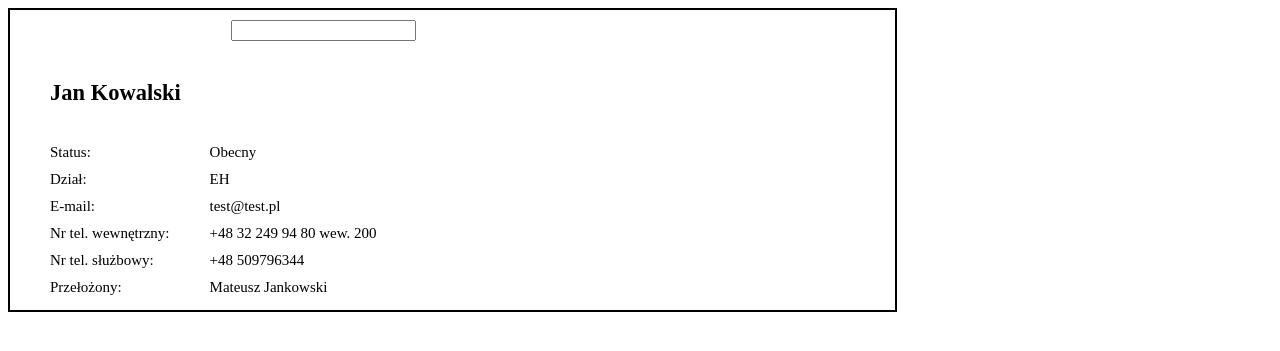
Repository: emdes515/EHpanel
Page: html/dashboardObecnosc.html
These files come from the project's save history. The page is drawn as it stood at one moment and after the next save; the edit follows.
The browser window is 1280 px wide. The pictures show the whole page.

Above is the page before, as saved 2024-04-22 11:49:39.
Console error: ReferenceError: $ is not defined

After the next save:
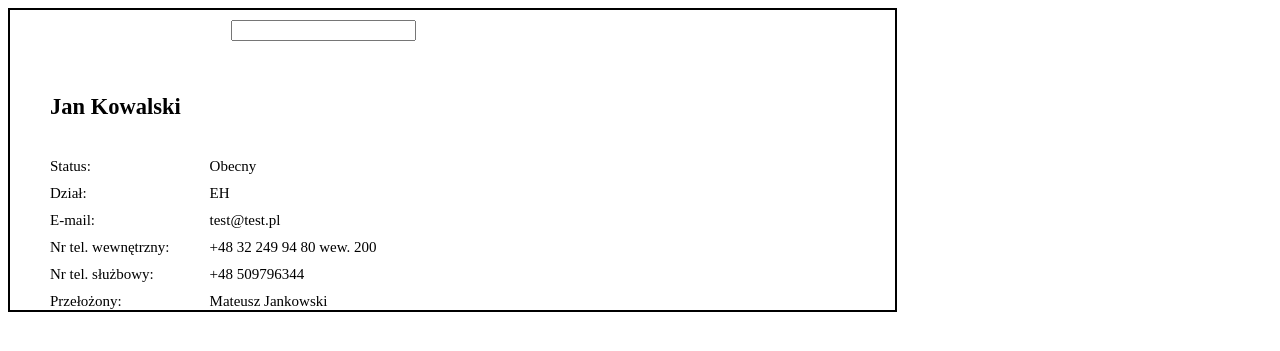
Saved 65 s later.
--- a/html/dashboardObecnosc.html
+++ b/html/dashboardObecnosc.html
@@ -16,6 +16,7 @@
 			align-self: center;
 			width: 50%;
 			height: 20%;
+			min-height: 35px;
 		}
 
 		.info {
